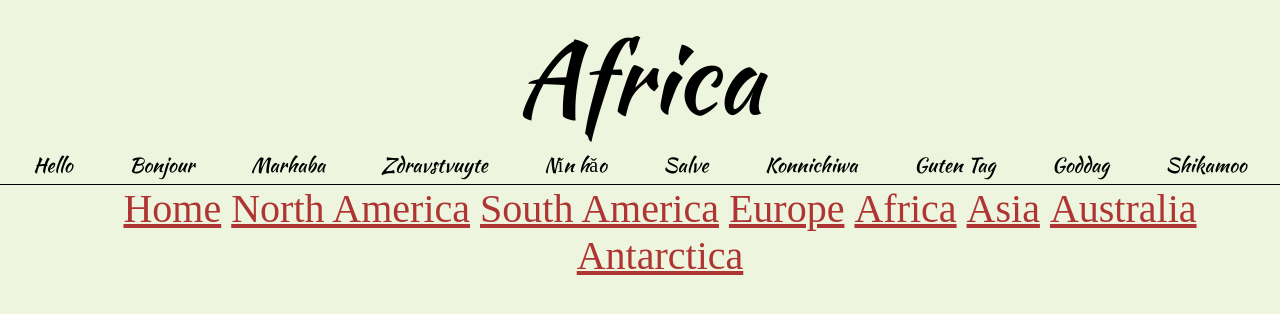
Repository: alharama/StaticWebsite
Page: eu_page.html
An editor plug-in stored every save of this project. The page is shown before and after the next save, followed by the edit.
The browser window is 1280 px wide. The pictures show the whole page.

Above is the page before, as saved 2021-09-20 21:18:39.

### eu_page.html
<!DOCTYPE html>
<html>
<head>

    <title> A Guide Around the World</title>

    <style>

        @import url('https://fonts.googleapis.com/css2?family=Kaushan+Script&display=swap');

        header {
            text-align: center;
            padding: 5px;
            font-family: 'Kaushan Script', cursive;
            font-size: 100px;
            border-bottom: 1px solid;

        }

        body{
            background: rgb(238, 245, 222);
            margin: 0px;
        }

        .top_nav {
            width: 100%;
            font-size: 40px;
            text-align: center;
            color: red;

        }

        .top_nav ul {
            margin: 0px;
            color: blue;
        }

        .top_nav li {
            display: inline-block;

        }

        .top_nav a {
            text-decoration:underline;
            color: rgb(175, 52, 52);

        }

        .top_nav a:hover {
            background-color: lightgray;
        }


        #languages{

            display: flex;
            font-size: 20px;
            justify-content:space-around;
        }


    </style>

</head>

    <header>
        Africa


        <div id="languages">
            <span>Hello</span>
            <span>Bonjour</span>
            <span>Marhaba</span>
            <span>Zdravstvuyte</span>
            <span>Nǐn hǎo</span>
            <span>Salve</span>
            <span>Konnichiwa</span>
            <span>Guten Tag</span>
            <span>Goddag</span>
            <span>Shikamoo</span>
        </div>
    </header>

    <body>

        <nav class="top_nav">
            <ul id="top_nav">
                <li><a href="/index.html">Home</a></li>
                <li><a href="/na_page.html">North America</a></li>
                <li><a href="/sa_page.html">South America</a></li>
                <li><a href="/eu_page.html">Europe</a></li>
                <li><a href="/af_page.html">Africa</a></li>
                <li><a href="/as_page.html">Asia</a></li>
                <li><a href="/au_page.html">Australia</a></li>
                <li><a href="/ant_page.html">Antarctica</a></li>
            </ul>
        </nav>








    </body>

</html>

After the next save:
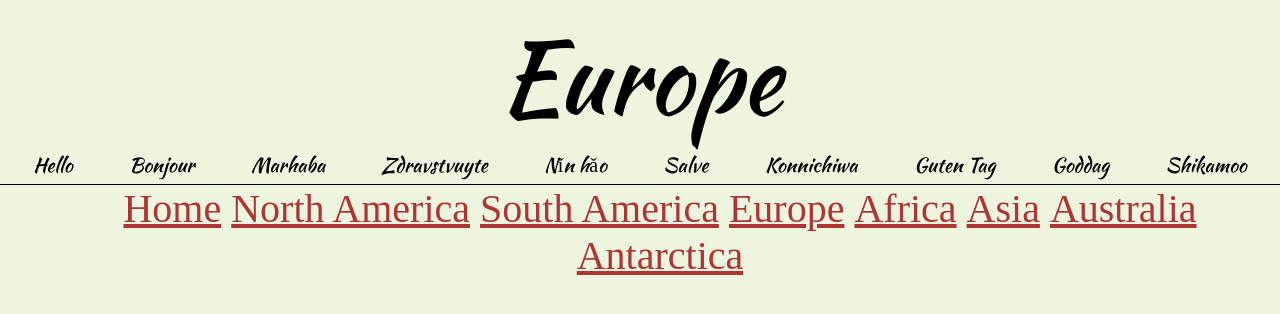
Saved 14 s later.
--- a/eu_page.html
+++ b/eu_page.html
@@ -2,7 +2,7 @@
 <html>
 <head>
 
-    <title> A Guide Around the World</title>
+    <title> Europe </title>
 
     <style>
 
@@ -64,7 +64,7 @@
 </head>
 
     <header>
-        Africa
+        Europe
 
 
         <div id="languages">
